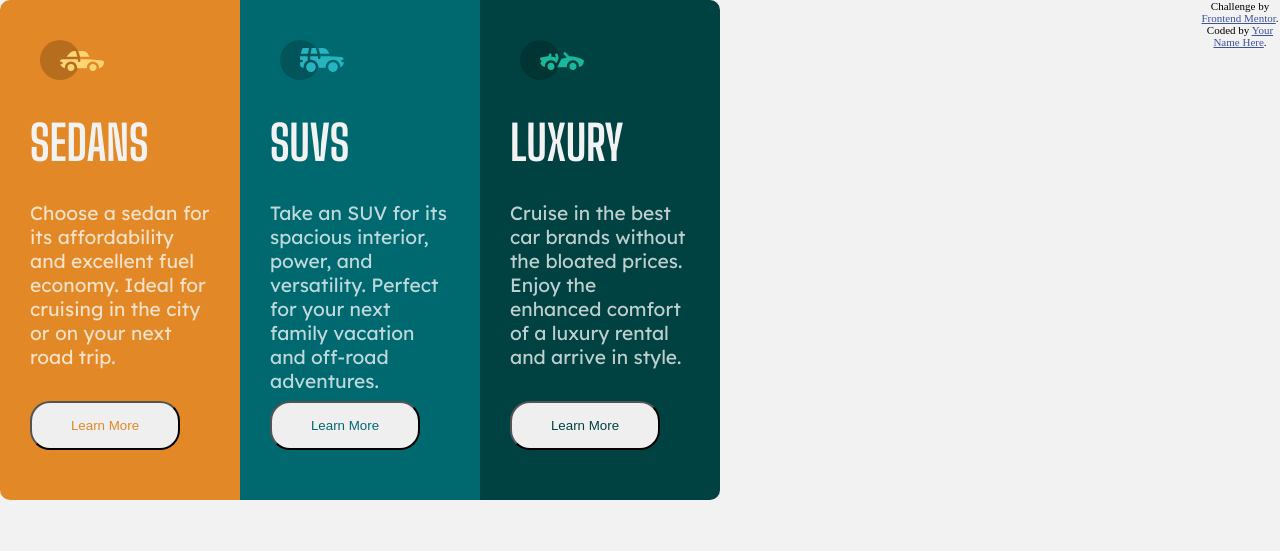
Repository: viniciussnt/3-column-preview-card
Page: index.html
The author's editor kept a copy of each file at every save. The page is drawn from the files as they stood at one save, then again after the next save.
The browser window is 1280 px wide. The pictures show the whole page.

Above is the page before, as saved 2023-09-15 11:53:05.

### index.html
<!DOCTYPE html>
<html lang="pt-br">

<head>
  <meta charset="UTF-8">
  <meta name="viewport" content="width=device-width, initial-scale=1.0">
  <link rel="icon" type="image/png" sizes="32x32" href="./images/favicon-32x32.png">
  <link rel="stylesheet" href="./styles/style.css">

  <link rel="preconnect" href="https://fonts.googleapis.com">
  <link rel="preconnect" href="https://fonts.gstatic.com" crossorigin>
  <link href="https://fonts.googleapis.com/css2?family=Big+Shoulders+Display:wght@700&family=Lexend+Deca&display=swap"
    rel="stylesheet">

  <title>Frontend Mentor | 3-column preview card component</title>

  <!-- Feel free to remove these styles or customise in your own stylesheet 👍 -->
  <style>
    .attribution {
      font-size: 11px;
      text-align: center;
    }

    .attribution a {
      color: hsl(228, 45%, 44%);
    }
  </style>
</head>

<body>
  <div class="container">
    <article class="card-info">
      <section class="sedans">
        <div class="img-box">
          <img src="./images/icon-sedans.svg" />
        </div>
        <h1>SEDANS</h1>
        <p>Choose a sedan for its affordability and excellent fuel economy. Ideal for cruising in the city
          or on your next road trip.</p>

        <button class="btn-sedans">Learn More</button>
      </section>

      <section class="suvs">
        <div class="img-box">
          <img src="./images/icon-suvs.svg" />
        </div>
        <h1>SUVS</h1>
        <p>Take an SUV for its spacious interior, power, and versatility. Perfect for your next family vacation
          and off-road adventures.</p>

        <button class="btn-suv">Learn More</button>
      </section>

      <section class="luxury">
        <div class="img-box">
          <img src="./images/icon-luxury.svg" />
        </div>
        <h1>LUXURY</h1>
        <p>Cruise in the best car brands without the bloated prices. Enjoy the enhanced comfort of a luxury
          rental and arrive in style.</p>

        <button class="btn-luxury">Learn More</button>
      </section>
    </article>
  </div>

  <div class="attribution">
    Challenge by <a href="https://www.frontendmentor.io?ref=challenge" target="_blank">Frontend Mentor</a>.
    Coded by <a href="#">Your Name Here</a>.
  </div>
</body>

</html>

### styles/style.css
* {
    margin: 0;
    padding: 0;
}

:root {
    --color-sedan: rgb(227, 136, 38);
    --color-suv: rgb(0, 105, 112);
    --color-luxury: rgb(0, 66, 65);

    --color-primary: rgba(255, 255, 255, 0.75);
    --color-secondary: rgb(242, 242, 242);
}

@import url('https://fonts.googleapis.com/css2?family=Big+Shoulders+Display:wght@700&family=Lexend+Deca&display=swap');


body {
    background-color: var(--color-secondary);
    display: flex;
}

article {
    display: flex;
    place-content: ;

    width: 60%;
    height: 80%
}

section {
    width: 400px;
    height: 500px;
}

.sedans {
    background-color: var(--color-sedan);
    border-radius: 10px 0px 0px 10px;
}

.suvs {
    background-color: var(--color-suv);
}

.luxury {
    background-color: var(--color-luxury);
    border-radius: 0px 10px 10px 0px;
}

.img-box {
    margin-top: 40px;
    margin-left: 40px;
}

h1 {
    font-family: 'Big Shoulders Display', cursive;
    font-size: 3rem;
    color: var(--color-secondary);

    margin-top: 30px;
    margin-left: 30px;
}

p {
    font-family: 'Lexend Deca', sans-serif;
    font-size: 1.2rem;
    color: var(--color-primary);

    margin: 30px 30px 0px 30px;

    height: 170px;
}

button {
    border-radius: 20px;

    margin: 30px 30px 0px 30px;
    padding: 15px;

    width: 150px;

}

.btn-sedans {
    color: var(--color-sedan);
}

.btn-suv {
    color: var(--color-suv);
}

.btn-luxury {
    color: var(--color-luxury);
}

After the next save:
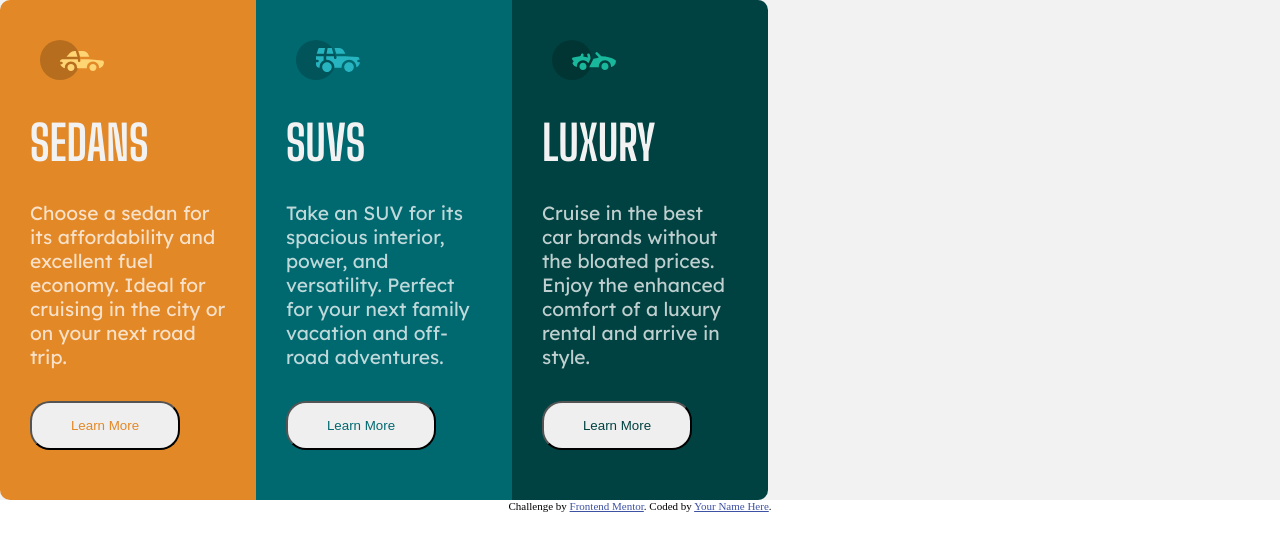
Saved 10 s later.
--- a/styles/style.css
+++ b/styles/style.css
@@ -14,15 +14,12 @@
 
 @import url('https://fonts.googleapis.com/css2?family=Big+Shoulders+Display:wght@700&family=Lexend+Deca&display=swap');
 
-
-body {
+.container {
     background-color: var(--color-secondary);
-    display: flex;
 }
 
 article {
     display: flex;
-    place-content: ;
 
     width: 60%;
     height: 80%
